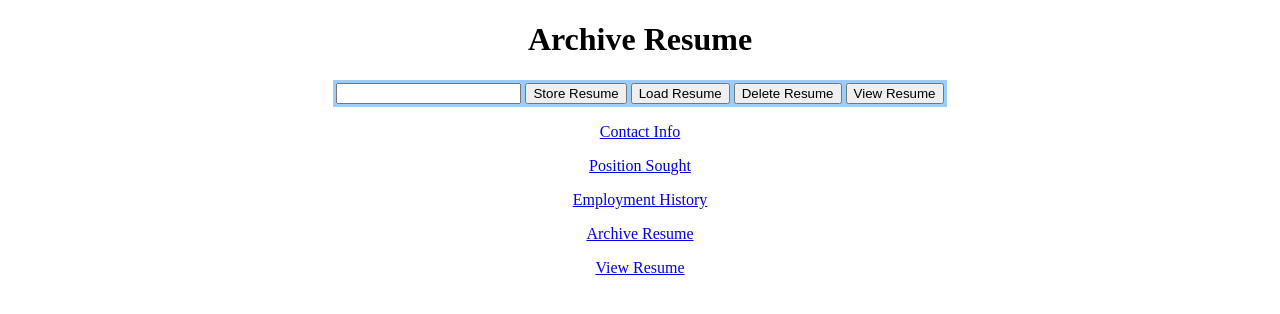
Repository: HyveMynd/cs4540
Page: http://localhost/archive.php
These files come from the project's save history. The page is drawn as it stood at one moment and after the next save; the edit follows.
The browser window is 1280 px wide. The pictures show the whole page.
Some web libraries are served in a nearby version. The page is run by PHP 8.4 with error messages shown; the project is at /var/www/html/.

Above is the page before, as saved 2013-02-18 06:13:21.

### ps5/archive.php
<?php
require 'functions.php';
$resName;
if(isset($_SESSION['resumeName']))
	$resName = $_SESSION['resumeName'];
else
	$resName = "";


?>
<!DOCTYPE html PUBLIC "-//W3C//DTD HTML 4.01 Transitional//EN" "http://www.w3.org/TR/html4/loose.dtd">
<html>
<head>
<meta http-equiv="Content-Type" content="text/html; charset=UTF-8">
<link rel="stylesheet" href="style.css" type="text/css" />
<script src="//ajax.googleapis.com/ajax/libs/jquery/1.8.2/jquery.min.js" type="text/javascript"></script>
<script src=resume.js type="text/javascript"></script>
<title>Employment History</title>
</head>
<body class='archive'>
	<h1>Archive Resume</h1>
	<form method="post">
	<table>
		<tr>
			<td><input type="text" value="<?php echo $resName?>" maxlength="20" /></td>
			<td><input type="submit" value="Store Resume" /></td>
			<td><input type="submit" value="Load Resume" /></td>
			<td><input type="submit" value="Delete Resume" /></td>
			<td><input type="submit" value="View Resume" /></td>
		</tr>
	</table>
	</form>
	<p><a href="contactInfo.php" >Contact Info</a></p>
	<p><a href="positionSought.php" >Position Sought</a></p>
	<p><a href="employmentHistory.php" >Employment History</a></p>
	<p><a href="archive.php" >Archive Resume</a></p>
	<p><a href="resume.php" >View Resume</a></p>
</body>

### ps5/functions.php
<?php

//output session variables if they are set
function sticky ($name){
	if (isset($_REQUEST[$name])){
		$_SESSION[$name] = $_REQUEST[$name];
		echo $_REQUEST[$name];
	}
	elseif (isset($_SESSION[$name])){
		echo $_SESSION[$name];
	}
}

?>

### ps5/style.css
@CHARSET "UTF-8";

body{
	background-color:#FFFFFF;
	font:arial, sans-serif;
	text-align:center;
	margin-left:auto;
	margin-right: auto;
}
div{
	background-color:#99CCFF;
	width:400px;
	margin-left:auto;
	margin-right: auto;
	height:80px
}
table{
	background-color:#99CCFF;
	font-size:15px;
	font-style:normal;
	margin-left:auto;
	margin-right:auto;
}

### ps5/resume.js
function addField(){
	$('h1').append("<section><table><tr><td>Enter the Start Date:</td><td><input name='startDate[]' type=date value='' required /></td><td><input class='remove' type='button' value='remove' /></td></tr><tr><td>Enter the End Date:</td><td><input name='endDate[]' type=date value='' required /></td></tr></table><table><tr><th>Enter a brief description of your responsibilities:</th></tr><tr><td><textarea name='desc[]' rows=10 cols=50 required></textarea></td></tr></table></section>");
	attachRemove();
};

function initializeFields(n){
	$('h1').append("<section><table><tr><td>Enter the Start Date:</td><td><input name='startDate[]' type=date value='"+startArray[n]+"' required /></td><td><input class='remove' type='button' value='remove' /></td></tr><tr><td>Enter the End Date:</td><td><input name='endDate[]' type=date value='"+endArray[n]+"' required /></td></tr></table><table><tr><th>Enter a brief description of your responsibilities:</th></tr><tr><td><textarea name='desc[]' rows=10 cols=50 required>"+descArray[n]+"</textarea></td></tr></table></section>");
};

function populateFields(count){
	for (var i = 0; i < count; i++)
		initializeFields(i);
}

function addReadonly(n){
	for (var i = 0; i < n; i++)
		$('#employ').append("<table><tr><td>Enter the Start Date:</td><td><input name='startDate[]' type=date value='"+startArray[i]+"' readonly /></td></tr><tr><td>Enter the End Date:</td><td><input name='endDate[]' type=date value='"+endArray[i]+"' readonly /></td></tr></table><table><tr><th>Enter a brief description of your responsibilities:</th></tr><tr><td><textarea name='desc[]' rows=10 cols=50 readonly>"+descArray[i]+"</textarea></td></tr></table>");
}

function highlightInput(input){
	$(input).css('border', '3px #FF0000 solid');
}

function attachRemove(){
	$('.remove').click(function (){
		removeSection($(this));
	});
}

function removeSection(button){
	$(button).closest($('section')).remove();
}

function validate(){
	var invalid = false;

	//loop through inputs
	$('input').each(function (){
		if ($(this).val() == ''){
			highlightInput($(this));
			invalid = true;
		}
	});

	//loop through textareas
	$('textarea').each(function (){
		if ($(this).val() == ''){
			highlightInput($(this));
			invalid = true;
		}
	});
	if(!invalid)
		$('form').submit();
}

After the next save:
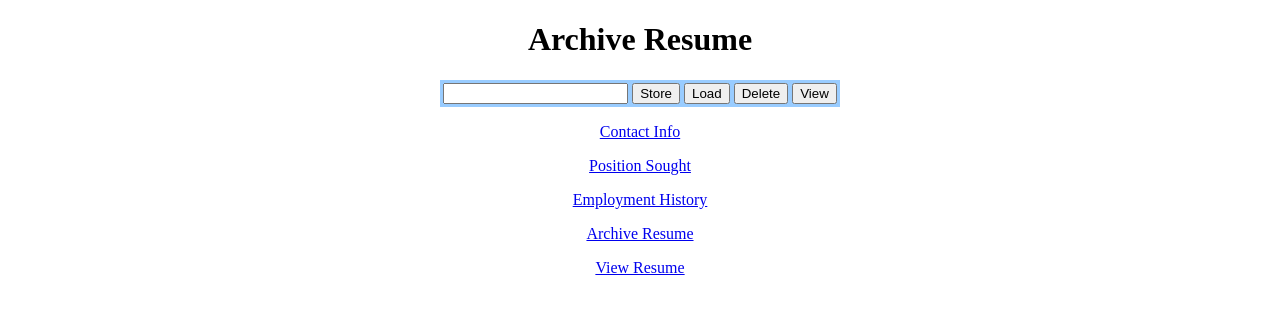
Saved 7 s later.
--- a/ps5/archive.php
+++ b/ps5/archive.php
@@ -23,10 +23,10 @@ else
 	<table>
 		<tr>
 			<td><input type="text" value="<?php echo $resName?>" maxlength="20" /></td>
-			<td><input type="submit" value="Store Resume" /></td>
-			<td><input type="submit" value="Load Resume" /></td>
-			<td><input type="submit" value="Delete Resume" /></td>
-			<td><input type="submit" value="View Resume" /></td>
+			<td><input type="submit" value="Store" /></td>
+			<td><input type="submit" value="Load" /></td>
+			<td><input type="submit" value="Delete" /></td>
+			<td><input type="submit" value="View" /></td>
 		</tr>
 	</table>
 	</form>
